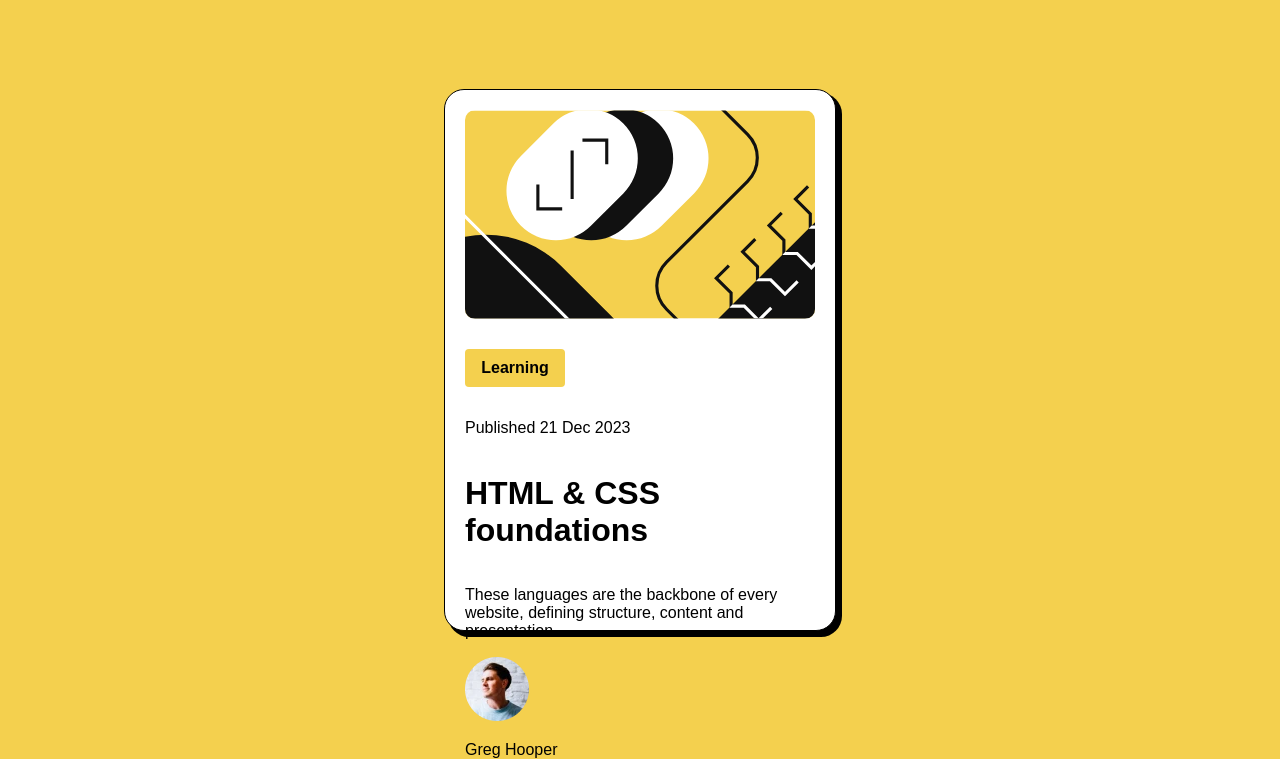
Repository: brandontaylor1/blogpreviewcard
Page: index.html
An editor plug-in stored every save of this project. The page is shown before and after the next save, followed by the edit.
The browser window is 1280 px wide. The pictures show the whole page.

Above is the page before, as saved 2024-12-25 11:14:39.

After the next save:
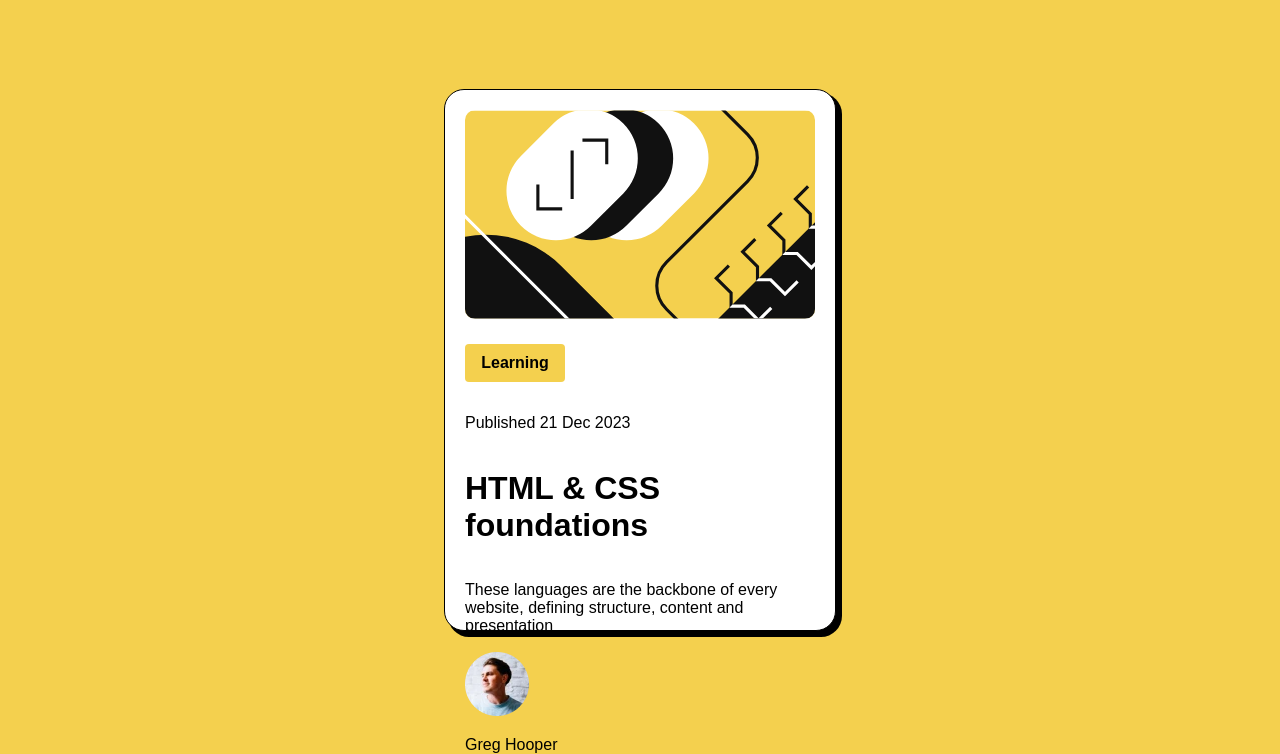
Saved 13 s later.
--- a/index.css
+++ b/index.css
@@ -45,7 +45,7 @@ body {
 
 .heading-img {
     width: 100%;
-    margin-bottom: 10px;
+    margin-bottom: 5px;
     border-radius: 10px;
 }
 
